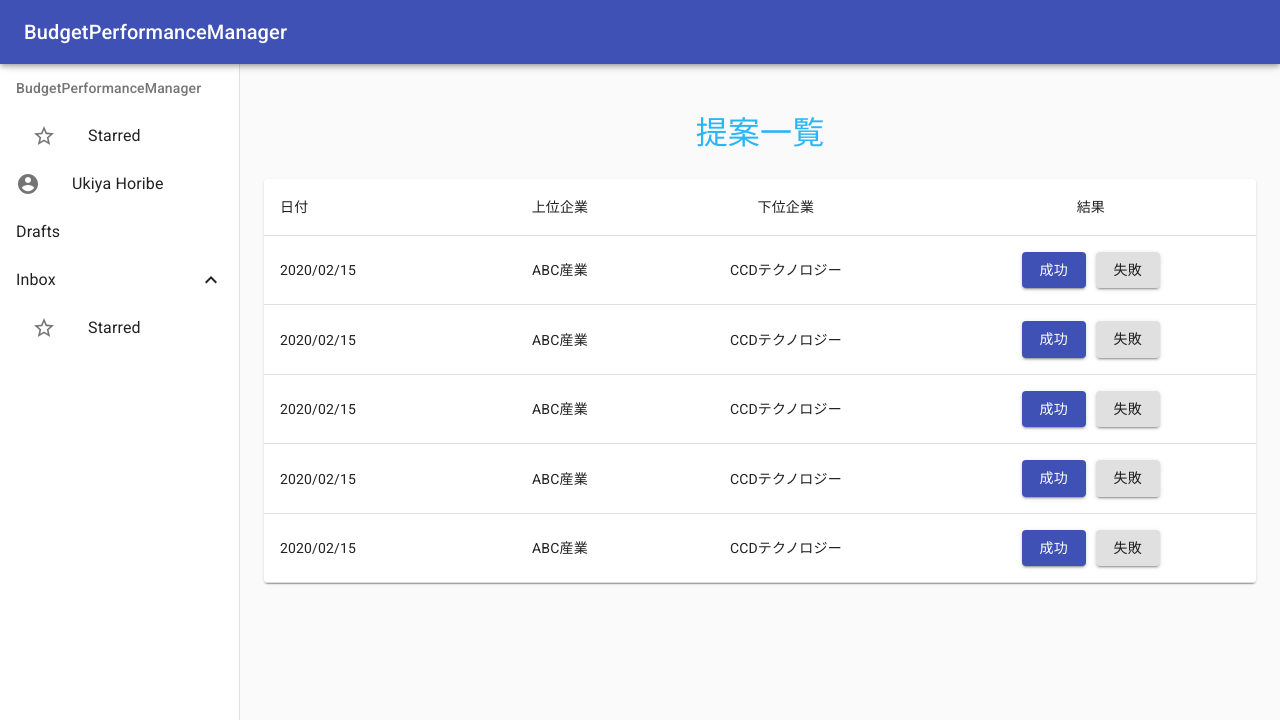
Repository: ukiyah/test
Page: / (app in src/)
An editor plug-in stored every save of this project. The page is shown before and after the next save, followed by the edit.
The browser window is 1280 px wide. The pictures show the whole page.
The project was rebuilt for these pictures with package versions that can differ from the ones it lists, and the page was loaded fresh each time. Also part of the build but not shown: src/material-dashboard-react.js, src/Navbars/ref_AdminNavbarLinks/customInputStyle.js, src/Navbars/ref_AdminNavbarLinks/CustomInput.js, src/Navbars/ref_AdminNavbarLinks/buttonStyle.js, src/Navbars/ref_AdminNavbarLinks/Button.js, src/Navbars/ref_AdminNavbarLinks/dropdownStyle.js, src/Navbars/ref_AdminNavbarLinks/headerLinksStyle.js, src/Navbars/AdminNavbarLinks.js and 4 more.

Above is the page before, as saved 2020-02-21 13:14:28.

After the next save:
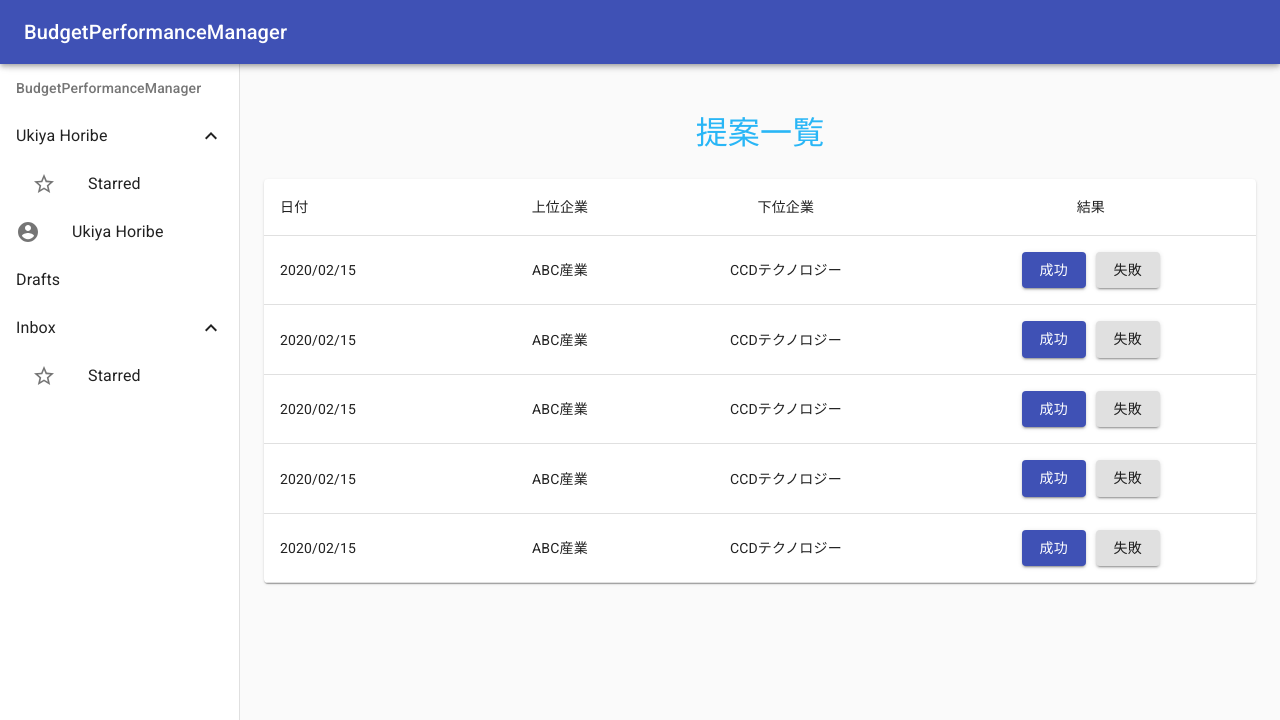
Saved 54 s later.
--- a/src/NestedList.js
+++ b/src/NestedList.js
@@ -43,6 +43,13 @@ export default function NestedList() {
       }
       className={classes.root}
     >
+      <ListItem button onClick={handleClick}>
+        {/* <ListItemIcon>
+          <InboxIcon />
+        </ListItemIcon> */}
+        <ListItemText primary="Ukiya Horibe" />
+        {open ? <ExpandLess /> : <ExpandMore />}
+      </ListItem>
       <Collapse in={open} timeout="auto" unmountOnExit>
         <List component="div" disablePadding>
           <ListItem button className={classes.nested}>
